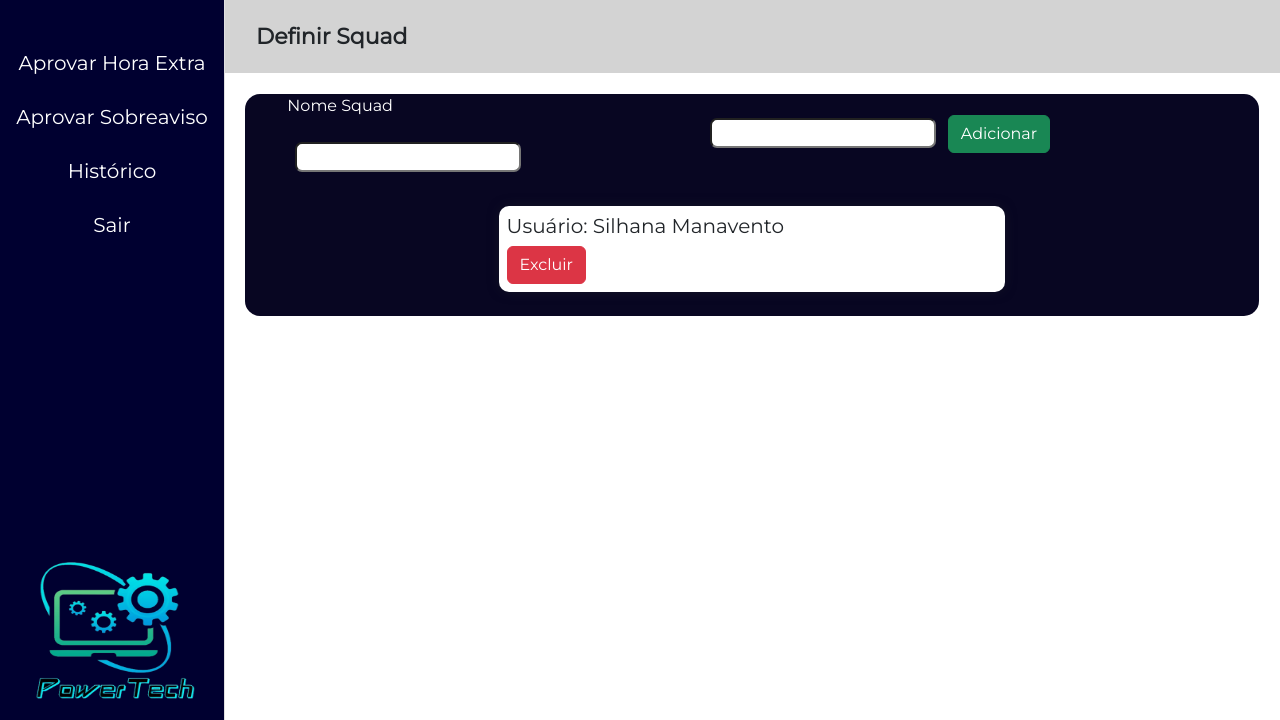
Repository: PowerTech-Fatec/API-2RP-NET
Page: /adm/squad (app in Sprint 3/2rp-web/)
An editor plug-in stored every save of this project. The page is shown before and after the next save, followed by the edit.
The browser window is 1280 px wide. The pictures show the whole page.
The project was rebuilt for these pictures with package versions that can differ from the ones it lists, and the page was loaded fresh each time. Also part of the build but not shown: Sprint 3/2rp-web/src/pages/login/login.js, Sprint 3/2rp-web/src/pages/home/dashboard.js, Sprint 3/2rp-web/src/pages/home/sobreaviso/sobreaviso.css, Sprint 3/2rp-web/src/pages/home/sobreaviso/sobreaviso.js, Sprint 3/2rp-web/src/pages/home/hora-extra/hora-extra.css, Sprint 3/2rp-web/src/pages/home/hora-extra/hora-extra.js, Sprint 3/2rp-web/src/components/cards/Cards.js, Sprint 3/2rp-web/src/pages/home/gestor/aprovar-hora-extra/gestor.js and 3 more.

Above is the page before, as saved 2022-11-02 16:52:43.

### Sprint 3/2rp-web/src/index.js
import React from 'react';
import ReactDOM from 'react-dom/client';
import './index.css';
import App from './App';
import reportWebVitals from './reportWebVitals';
import { BrowserRouter } from 'react-router-dom';
import 'bootstrap/dist/css/bootstrap.min.css';
import 'bootstrap-icons/font/bootstrap-icons.css';

import Popper from '@popperjs/core';
import 'bootstrap/dist/js/bootstrap.bundle.min';

const root = ReactDOM.createRoot(document.getElementById('root'));
root.render(
  <BrowserRouter>
    <App />
  </BrowserRouter>
);

// If you want to start measuring performance in your app, pass a function
// to log results (for example: reportWebVitals(console.log))
// or send to an analytics endpoint. Learn more: https://bit.ly/CRA-vitals
reportWebVitals();

### Sprint 3/2rp-web/src/App.js
import React from 'react'
import './App.css';
import { Routes, Route } from 'react-router-dom'
import Login from './pages/login/login'
import Dashboard from './pages/home/dashboard'
import Sobreaviso from './pages/home/sobreaviso/sobreaviso'
import HoraExtra from './pages/home/hora-extra/hora-extra'
import Gestor from './pages/home/gestor/aprovar-hora-extra/gestor'
import GestorSobreaviso from './pages/home/gestor/aprovar-sobreaviso/gestor-sobreaviso'
import GestorHistorico from './pages/home/gestor/historico/gestor-historico'
import Squad from './pages/home/adm/squad/def-squad'

function App() {
  return (
    <Routes>
      <Route path='/login' element={<Login />} />
      <Route path='/dashboard' element={<Dashboard />} />
      <Route path='/horaextra' element={<HoraExtra />} />
      <Route path='/sobreaviso' element={<Sobreaviso />} />
      <Route path='/gestor' element={<Gestor />} />
      <Route path='/gestor-sobreaviso' element={<GestorSobreaviso />} />
      <Route path='/gestor-historico' element={<GestorHistorico />} />
      <Route path='/adm/squad' element={<Squad />} />
      <Route path='*' element={<Login />} />
    </Routes>

  );
}

export default App;

### Sprint 3/2rp-web/src/App.css
@font-face {
    font-family: 'Montserrat';
    src: url(./assets/fonts/Montserrat-Regular.ttf);
}

*{
    font-family: 'Montserrat';
}

.ml-1{margin-left: 0.25rem;}
.ml-2{margin-left: 0.5rem;}
.ml-3{margin-left: 0.75rem;}
.ml-4{margin-left: 1rem;}
.ml-5{margin-left: 1.25rem;}

### Sprint 3/2rp-web/src/pages/home/adm/squad/def-squad.js
import Sidebar from "../../../../components/sidebar"
import Header from "../../../../components/header/header";
import Card from "../../../../components/cards/Squad"
import './def-squad.css'

import React, { Component, useEffect, useState } from 'react';


function Squad() {
    return (
        <Sidebar>
          <Header nome="Definir Squad"></Header>

          {/* linha 1: solitações, filtro */}
          <div className="background d-flex flex-column aling-itens-center">

            <div>
            <div className="d-flex justify-content-around">
            <div className="col-4">
            <span>
            <label className="font">Nome Squad</label> <input className="squad-name mt-4 mb-4 ml-2"></input>
            </span>
            </div>




            <div className="col-6">
            <span>
            <input className="squad-name mt-4 mb-4"></input><button type="button" class="btn btn-success ml-3">Adicionar</button>
            </span>
            </div>

            </div>


            {/* card info hora extra */}
            <div className="d-flex flex-column aling-itens-center">
            <Card
              Usuario = " Silhana Manavento"
            />

            </div>


            </div>

          </div>
        </Sidebar>
    )
}

export default Squad

### Sprint 3/2rp-web/src/pages/login/login.css
.login{
    background: #090d23
    ;
}
.fundo{
    background-color: #090d23;
    width: 300px;
    height: 50px;
    color: #fff;
}
.fundoback{
    background-color: #262d28;
}
.fundocolor{
    background-color: #090d23;
}
.background{
    background-color: #9A9696;
}
.height{
    height: 100vh;

}
.tpm{
    margin-top: 150px;
}
.input{
    width: 350px;
    height: 40px;
}
.marg{
    margin-top: 100px;
    margin-left: 180px;
}
.svg{
    margin-top: 3px;
}

### Sprint 3/2rp-web/src/components/sidebar.js
import { Drawer, useTheme } from '@mui/material'
import { Box } from '@mui/system'
import './Sidebar.css'
import { Link } from 'react-router-dom'

import React from 'react'

function Sidebar({ children }) {
    const theme = useTheme();




    return (
        <>

            <Drawer variant='permanent'>
                <Box width={theme.spacing(28)} height={theme.spacing(100)} className ='side-bar  '>
                     <div className='texto mt-5'>

                                {/* <Link to='/dashboard' className ='side-links mt-4'>
                                    Dashboard
                                </Link>
                                <Link to='/horaextra' className ='side-links mt-4'>
                                    Apontar Hora Extra
                                </Link>
                                <Link to='/sobreaviso' className ='side-links mt-4' >
                                    Apontar Sobreaviso
                                </Link> */}

                                {/* Associar a lista de link */}
                                {/* <Link to='/gestor-dashboard' className ='side-links mt-4' >
                                    Dashboard
                                </Link> */}
                                <Link to='/gestor' className ='side-links mt-4' >
                                        Aprovar Hora Extra
                                </Link>
                                <Link to='/gestor-sobreaviso' className ='side-links mt-4' >
                                    Aprovar Sobreaviso
                                </Link>
                                <Link to='/gestor-historico' className ='side-links mt-4' >
                                    Histórico
                                </Link>


                                <Link to='/login' className ='side-links mt-4' >
                                    Sair
                                </Link>

                    </div>
                    <div className='footer'>
                        <img src={require('../assets/powertech.png')} height='140px' width='160px' />
                    </div>
                </Box>
            </Drawer>

            <Box height="100vh" marginLeft={theme.spacing(28)}>
                {children}
            </Box>
        </>
    );
}

export default Sidebar

### Sprint 3/2rp-web/src/components/header/header.js
import './header.css'

import React from 'react'

function Header(props) {

    return (
        <>
            <div className='bg-title'>
                <span className='title'>{props.nome}</span>
            </div>
        </>
    );
}

export default Header

### Sprint 3/2rp-web/src/pages/home/gestor/aprovar-hora-extra/gestor.css
.background{
    margin-top: 2%;
    margin-left: 2%;
    margin-right: 2%;
    border-radius: 15px;

    background-color: #080622;
}

/* .filtro{
    width: 20%;
} */

/* /* .soli{
    margin-left: 15%;
} */

.filtroLabel{
    margin-left: 37%;
} */

.font{
    color: white;
}

### Sprint 3/2rp-web/src/pages/home/gestor/aprovar-sobreaviso/gestor-sobreaviso.css
.background{
    margin-top: 2%;
    margin-left: 2%;
    margin-right: 2%;
    border-radius: 15px;

    background-color: #080622;
}

.filtro{
    width: 20%;
}

.soli{
    margin-left: 15%;
}

.filtroLabel{
    margin-left: 37%;
}

.font{
    color: white;
}

### Sprint 3/2rp-web/src/pages/home/gestor/historico/gestor-historico.css
.background{
    margin-top: 2%;
    margin-left: 2%;
    margin-right: 2%;
    border-radius:   15px;

    background-color: #080622;
}

.filtro{
    width: 20%;
}

.soli{
    margin-left: 15%;
}

.filtroLabel{
    margin-left: 37%;
}

.font{
    color: white;
}

### Sprint 3/2rp-web/src/components/cards/Squad.js
import React from "react";
import './Squad.css'

function Card(props) {
    return(
        <div className="card-container mb-4 col-6 offset-3">
            <div className="card-content">

            <div className="card-title ml-2 mt-2">
                <span>
                <h5>Usuário: {props.Usuario}</h5>
                <button type="button" class="btn btn-danger mb-2">Excluir</button>
                </span>
            </div>

            </div>

        </div>
    )
}

export default Card

### Sprint 3/2rp-web/src/pages/home/adm/squad/def-squad.css
.background{
    margin-top: 2%;
    margin-left: 2%;
    margin-right: 2%;
    border-radius: 15px;

    background-color: #080622;
}

.filtro{
    width: 20%;
}

/* .soli{
    margin-left: 15%;
} */

/* .filtroLabel{
    margin-left: 37%;
} */

.font{
    color: white;
}

.squad-name{
    border-radius: 7px;
}

### Sprint 3/2rp-web/src/components/Sidebar.css
.side-links {
    color: #fff;
    text-decoration: none;
    font-size: 20px;
    display: flex;
    justify-content: center;
}

.side-bar {
    background-color: #000030;
}

.footer{
    margin-bottom: 20px;
    margin-left: 35px;
    position: absolute;
    bottom: 0;
}

### Sprint 3/2rp-web/src/components/header/header.css
.bg-title{
    background-color: lightgray;
    padding: 20px 0px;
}

.title{
    font-size: 22px;
    font-weight: bold;
    margin-left: 2rem;
}

### Sprint 3/2rp-web/src/components/cards/Cards.css
.card-container{
    width: 900px;
    overflow: hidden;
    box-shadow: 0px 0px 15px -5px;
    border-radius: 10px;
    /* margin-left: 15%; */
    margin-top: 10px;

    background-color: white;
}

### Sprint 3/2rp-web/src/components/cards/Squad.css
.card-container{
    width: 600px;
    overflow: hidden;
    box-shadow: 0px 0px 15px -5px;
    border-radius: 10px;
    /* margin-left: 15%; */
    margin-top: 10px;

    background-color: white;
}

Loaded but not shown: Sprint 3/2rp-web/public/index.html (common file); Sprint 3/2rp-web/src/index.css (common file); Sprint 3/2rp-web/src/reportWebVitals.js (common file)

After the next save:
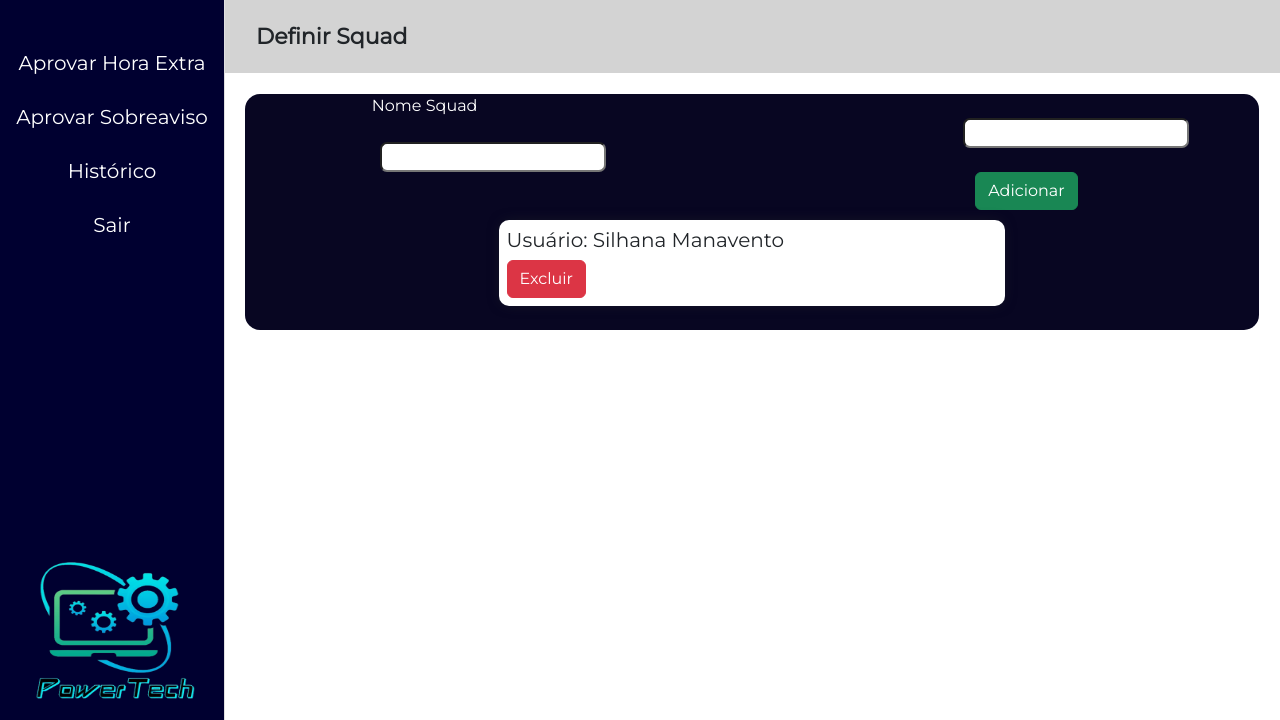
Saved 12 s later.
--- a/Sprint 3/2rp-web/src/pages/home/adm/squad/def-squad.js
+++ b/Sprint 3/2rp-web/src/pages/home/adm/squad/def-squad.js
@@ -25,7 +25,7 @@ function Squad() {
 
 
 
-            <div className="col-6">
+            <div className="col-2">
             <span>
             <input className="squad-name mt-4 mb-4"></input><button type="button" class="btn btn-success ml-3">Adicionar</button>
             </span>
